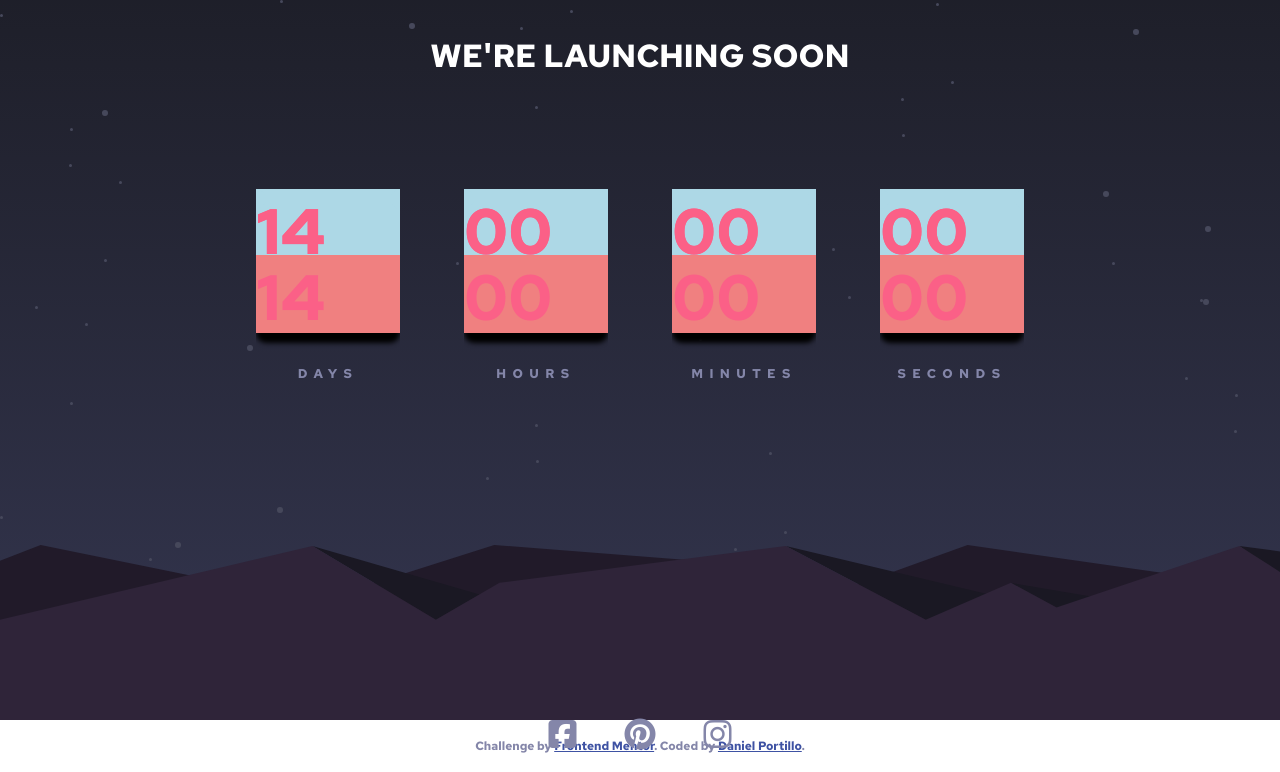
Repository: dportillo23/launch-countdown-timer-main
Page: index.html
An editor plug-in stored every save of this project. The page is shown before and after the next save, followed by the edit.
The browser window is 1280 px wide. The pictures show the whole page.
Some web libraries are served in a nearby version. The style sheet was rebuilt from its Sass, Less or Tailwind sources for each picture, by a compiler version that may differ from the author's.

Above is the page before, as saved 2021-07-02 11:32:37.

### index.html
<!DOCTYPE html>
<html lang="en">

<head>
  <meta charset="UTF-8">
  <meta name="viewport" content="width=device-width, initial-scale=1.0">

  <!-- displays site properly based on user's device -->
  <link rel="stylesheet" href="style.css">
  <link rel="icon" type="image/png" sizes="32x32" href="./images/favicon-32x32.png">

  <!-- Fontawesome connection -->
  <script src="https://kit.fontawesome.com/22e099610c.js" crossorigin="anonymous"></script>
  <link rel="stylesheet" href="path/to/font-awesome/css/font-awesome.min.css">

  <!-- Google fonts -->
  <link rel="preconnect" href="https://fonts.gstatic.com">
  <link href="https://fonts.googleapis.com/css2?family=Red+Hat+Text:wght@700&display=swap" rel="stylesheet">

  <title>Frontend Mentor | Launch countdown timer</title>

</head>

<body>
  <div class="header">
    <div class="container">

      <h1 class="title">We're launching soon</h1>

      <!-- Cards Section -->
      <div class="cards--section">

        <!-- Days card -->
        <div class="cards--container">
          <div class="card--number--container days" id="days">
            <span class="days--top top--card">14</span>
            <h1 class="card--title days--title">14</h1>
            <span class="days--bottom bottom--card">14</span>
          </div>
          <h3 class="card--subtitle">Days</h3>
        </div>

        <!-- Hours card -->
        <div class="cards--container">
          <div class="card--number--container front  hours" id="hours">
            <span class="hours--top top--card">00</span>
            <h1 class="card--title hours--title">00</h1>
            <span class="hours--bottom bottom--card">00</span>
          </div>
          <h3 class="card--subtitle">Hours</h3>
        </div>

        <!-- Minutes card -->
        <div class="cards--container">
          <div class="card--number--container  minutes" id="minutes">
            <div class="minutes--top top--card"><span class="minutes--top--number">00</span></div>
            <h1 class="card--title minutes--title">00</h1>
            <div class="minutes--bottom bottom--card"><span class="minutes--bottom--number">00</span></div>
          </div>
          <h3 class="card--subtitle">Minutes</h3>
        </div>

        <!-- Seconds card -->
        <div class="cards--container">
          <div class="card--number--container seconds" data-value="" id="seconds">
            <span class="seconds--top top--card">00</span>
            <h1 class="card--title seconds--title">00</h1>
            <span class="seconds--bottom bottom--card">00</span>
          </div>
          <h3 class="card--subtitle">Seconds</h3>
        </div>
      </div>

      <!-- Social media icons section -->
      <div class="social--container">
        <img src="./images/pattern-hills.svg" alt="hills" srcset="">
        <a href=""><i class="fab fa-facebook-square"></i></a></i><a href=""><i class="fab fa-pinterest"></i></a><a
          href=""><i class="fab fa-instagram"></i></a></div>
    </div>
  </div>

<!-- Footer -->
  <footer>
    <div class="attribution">
      Challenge by <a href="https://www.frontendmentor.io?ref=challenge" target="_blank">Frontend Mentor</a>.
      Coded by <a href="https://dportillo23.github.io/My-Personal-Site/">Daniel Portillo</a>.
    </div>
  </footer>

  <!-- <script src="app.js"></script> -->
</body>

</html>

### style.scss
*,
*::before,
*::after {
    box-sizing: border-box;
    margin: 0;
}

$col-ppal: hsl(237, 18%, 59%);
$col-red: hsl(345, 95%, 68%);

$col-dark: hsl(236, 21%, 26%);
$col-dark-blue: hsl(235, 16%, 14%);
$col-darker: hsl(234, 17%, 12%);

body {
    font-family: 'Red Hat Text', sans-serif;
    color: $col-ppal;
}

.header {
    min-height: 100vh;
    display: flex;
    flex-direction: column;
    justify-content: center;
    align-items: center;
    background: linear-gradient($col-dark-blue, $col-dark);
}

.container {
    min-height: 100vh;
    width: 100%;
    display: flex;
    flex-direction: column;
    justify-content: center;
    align-items: center;
    gap: 7em;
    position: relative;
    background: url('./images/bg-stars.svg');
}

.title {
    text-transform: uppercase;
    color: #fff;
}

// Cards Secition

.cards--section {
    display: flex;
    gap: 4em;
    padding-bottom: 10em;
}

.cards--container {
    display: flex;
    flex-direction: column;
    gap: 2em;
    justify-content: center;
    align-items: center;
    position: relative;
    overflow: hidden;

}

.card--number--container {
    display: flex;
    flex-direction: column;
    width: 2.25em;
    height: 2.25em;
    background-color: $col-dark;
    border-radius: 10px;
    box-shadow: 0 10px 5px black;
    position: relative;
    transition: all 0.5s ease;
    color: $col-red;
    font-size: 4rem;

    .card--title {
font-size: 4rem;
position: absolute;
z-index: 1;
    }

    .top--card {
        background-color: lightblue;
        overflow: hidden;
        width: 100%;
        height: 50%;

        span {
            color: $col-red;
        }
    }

    .bottom--card {
        background-color: lightcoral;
        overflow: hidden;
    }

    &::before {
        content: "";
        width:  20px;
        height: 20px;
        border-radius: 50%;
        background-color: lightblue;
        position: absolute;
        z-index: 1;
        left: -10px;
    }

    &::after {
        content: "";
        width:  20px;
        height: 20px;
        border-radius: 50%;
        background-color: lightblue;
        position: absolute;
        z-index: 1;
        right: -10px;
    }


}

.card--subtitle {
    text-transform: uppercase;
    letter-spacing: 0.5em;
    font-size: 0.8em;
}

// Social media section

.social--container {
    width: 100%;
    height: 100%;
    display: flex;
    align-items: center;
    justify-content: center;
    gap: 3em;
    // background: lightblue;

    img {
        width: 100%;

        position: absolute;
        z-index: 0;
        bottom: 0;
    }
}

.fab {
    position: relative;
    top: 2em;
    z-index: 1;
    font-size: 2rem;
    color: $col-ppal;

    &:hover {
        color: $col-red;
    }
}

// Footer

.attribution {
    padding: 1.5em;
    font-size: 12px;
    text-align: center;

    a {
        color: hsl(228, 45%, 44%);
    }
}

After the next save:
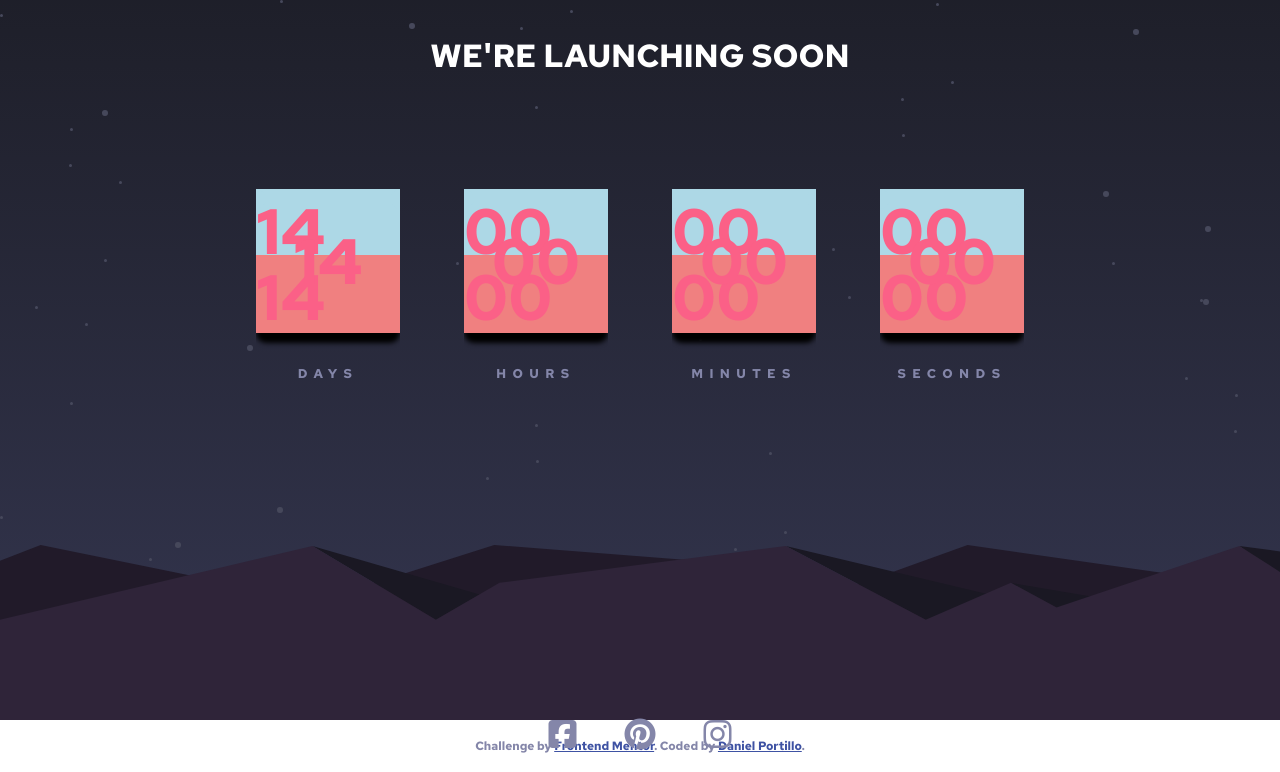
Saved 30 s later.
--- a/style.scss
+++ b/style.scss
@@ -79,6 +79,9 @@ body {
 font-size: 4rem;
 position: absolute;
 z-index: 1;
+top: 50%;
+left: 50%;
+transform: translate(-50%, -50%);
     }
 
     .top--card {
